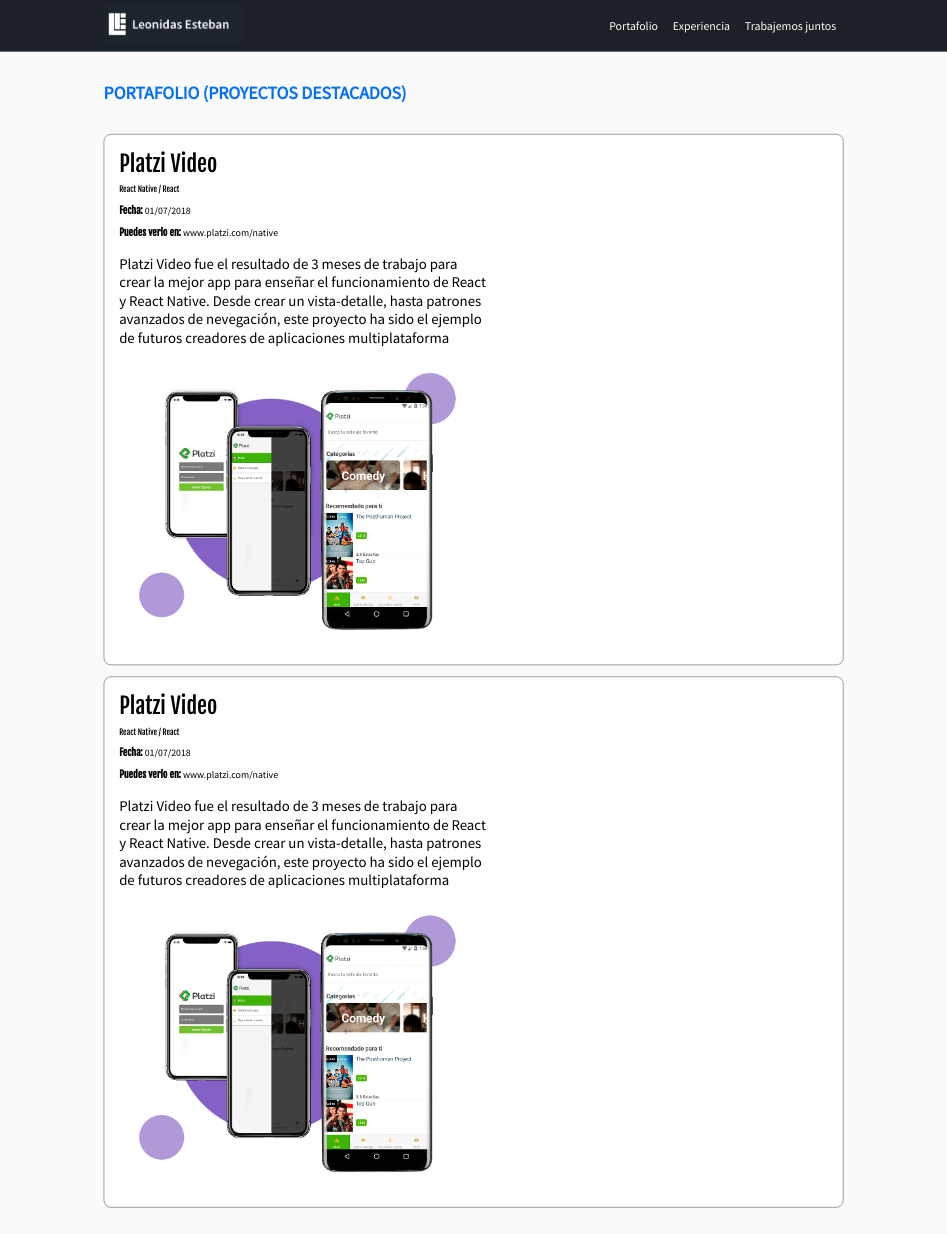
Repository: joseLozanoTamayo/web-desing
Page: desarrollo-web-portafolio/index.html
An editor plug-in stored every save of this project. The page is shown before and after the next save, followed by the edit.
The browser window is 1280 px wide. The pictures show the whole page, at 74% of full size.

Above is the page before, as saved 2019-04-21 22:08:44.

### desarrollo-web-portafolio/index.html
<!DOCTYPE html>
<html lang="es">
  <head>
    <meta name="viewport" content="width=device-width, initial-scale=1" />
    <meta charset="UTF-8" />
    <title>Leonidas Esteban</title>
    <link rel="icon" type="image/png" href="images/favicon.png" />
    <link
      href="https://fonts.googleapis.com/css?family=Fjalla+One|Source+Sans+Pro"
      rel="stylesheet"
    />
    <link rel="stylesheet" href="css/estilos.css" />
  </head>
  <body>
    <header class="header">
      <div class="container">
        <figure class="logo">
          <img
            src="images/logo.png"
            height="50"
            alt="Logo de http://leonidasesteban.com"
          />
        </figure>
        <nav class="menu">
          <ol>
            <li>
              <a class="link" href="#portafolio">Portafolio</a>
            </li>
            <li>
              <a class="link" href="#eventos">Experiencia</a>
            </li>
            <li>
              <a class="link" href="#contacto">Trabajemos juntos</a>
            </li>
          </ol>
        </nav>
      </div>
    </header>
    <!-- <section class="hero">
      <div class="container">
        <h1>
          Hola! Soy <strong>Leonidas Esteban</strong> <br />
          Desarrollador <strong>Javascript</strong> con <br />
          pasión por la <strong>enseñanza</strong>
        </h1>
        <img
          class="hero-image"
          src="images/hero.jpg"
          width="500"
          height="300"
          alt="imagen principal del sitio"
        />
      </div>
    </section> -->
    <section id="portafolio" class="portfolio">
      <div class="container">
        <h2>Portafolio (Proyectos Destacados)</h2>
        <article class="project">
          <div class="project-details">
            <h3 class="project-title">Platzi Video</h3>
            <h6 class="project-course">React Native / React</h6>
            <p class="project-date">
              <small><strong>Fecha:</strong> 01/07/2018</small>
            </p>
            <p class="project-url">
              <small
                ><strong>Puedes verlo en:</strong> www.platzi.com/native</small
              >
            </p>
            <p class="project-description">
              Platzi Video fue el resultado de 3 meses de trabajo para crear la
              mejor app para enseñar el funcionamiento de React y React Native.
              Desde crear un vista-detalle, hasta patrones avanzados de
              nevegación, este proyecto ha sido el ejemplo de futuros creadores
              de aplicaciones multiplataforma
            </p>
          </div>
          <figure class="project-imageContainer">
            <img
              class="project-image"
              width="500"
              src="images/platzi-video-react-native.png"
              alt="prouyecto del curso de React Native"
            />
          </figure>
        </article>
        <article class="project">
          <div class="project-details">
            <h3 class="project-title">Platzi Video</h3>
            <h6 class="project-course">React Native / React</h6>
            <p class="project-date">
              <small><strong>Fecha:</strong> 01/07/2018</small>
            </p>
            <p class="project-url">
              <small
                ><strong>Puedes verlo en:</strong> www.platzi.com/native</small
              >
            </p>
            <p class="project-description">
              Platzi Video fue el resultado de 3 meses de trabajo para crear la
              mejor app para enseñar el funcionamiento de React y React Native.
              Desde crear un vista-detalle, hasta patrones avanzados de
              nevegación, este proyecto ha sido el ejemplo de futuros creadores
              de aplicaciones multiplataforma
            </p>
          </div>
          <figure class="project-imageContainer">
            <img
              class="project-image"
              width="500"
              src="images/platzi-video-react-native.png"
              alt="prouyecto del curso de React Native"
            />
          </figure>
        </article>
      </div>
    </section>
    <!-- <div class="container">
      <h2 class="event-list-title">Más sobre mi experiencia</h2>
    </div>
    <section id="eventos" class="event-list">
      <div class="container">
        <article class="event">
          <figure class="event-imageContainer">
            <img class="event-image" src="images/platzi-conf.jpg" width="500" />
          </figure>
          <div class="event-detail">
            <h3 class="event-title">PlatziConf México 2018</h3>
            <p class="event-description">
              El evento más grande sobre gente que quiere aprender más de
              internet. En esté evento te comparto como tener una vida de
              constante aprendizaje.
            </p>
            <a
              class="event-url"
              href="https://www.youtube.com/watch?v=BIS7cWGgJg0"
              target="_blank"
              >Ver Plática</a
            >
          </div>
        </article>
        <article class="event">
          <figure class="event-imageContainer">
            <img class="event-image" src="images/platzi-conf.jpg" width="500" />
          </figure>
          <div class="event-detail">
            <h3 class="event-title">PlatziConf México 2018</h3>
            <p class="event-description">
              El evento más grande sobre gente que quiere aprender más de
              internet. En esté evento te comparto como tener una vida de
              constante aprendizaje.
            </p>
            <a
              class="event-url"
              href="https://www.youtube.com/watch?v=BIS7cWGgJg0"
              target="_blank"
              >Ver Plática</a
            >
          </div>
        </article>
        <article class="event">
          <figure class="event-imageContainer">
            <img class="event-image" src="images/platzi-conf.jpg" width="500" />
          </figure>
          <div class="event-detail">
            <h3 class="event-title">PlatziConf México 2018</h3>
            <p class="event-description">
              El evento más grande sobre gente que quiere aprender más de
              internet. En esté evento te comparto como tener una vida de
              constante aprendizaje.
            </p>
            <a
              class="event-url"
              href="https://www.youtube.com/watch?v=BIS7cWGgJg0"
              target="_blank"
              >Ver Plática</a
            >
          </div>
        </article>
        <article class="event">
          <figure class="event-imageContainer">
            <img class="event-image" src="images/platzi-conf.jpg" width="500" />
          </figure>
          <div class="event-detail">
            <h3 class="event-title">PlatziConf México 2018</h3>
            <p class="event-description">
              El evento más grande sobre gente que quiere aprender más de
              internet. En esté evento te comparto como tener una vida de
              constante aprendizaje.
            </p>
            <a
              class="event-url"
              href="https://www.youtube.com/watch?v=BIS7cWGgJg0"
              target="_blank"
              >Ver Plática</a
            >
          </div>
        </article>
      </div>
    </section>
    <section id="contacto" class="contact">
      <div class="container">
        <form action="/suscripcion/" class="form-email">
          <h3>¿Creamos algo juntos?</h3>
          <input type="text" placeholder="Déjame tu email" id="email" />
          <button>Enviar</button>
        </form>
        <div class="social">
          <a
            href="https://twitter.com/leonidasesteban"
            class="social-link twitter"
          ></a>
          <a
            href="https://facebook.com/leonidas.esteban"
            class="social-link facebook"
          ></a>
          <a
            href="https://github.com/leonidasesteban"
            class="social-link github"
          ></a>
          <a
            href="https://instagram.com/leonidasesteban"
            class="social-link instagram"
          ></a>
        </div>
      </div>
    </section>
    <footer class="footer">
      <div class="container">
        <div>
          <p>
            Curso de Desarrollo web online 2018
            <img src="images/platzi.png" width="80" alt="platzi" />
          </p>
        </div>
        <div>
          <p>
            Designed with by
            <a href="https://twitter.com/thespianartist">@thespianartist</a>
          </p>
        </div>
      </div>
    </footer> -->
  </body>
</html>

### desarrollo-web-portafolio/css/estilos.css
/* reglas
selectores
declaraciones
propiedades
valores */


/* seletor de etiqueta  header - section - article - nav */
/* header {
  background: pink;
  color: red
} */

/* selector descendente  */
/* body header div nav ol li a  */

/* selector de clase . */

/* .link */

/* selector de id # */
/* #portafolio */



/* gris oscuro = #1d252c */
/* gris claro = #626262 */
/* background gris = #1b2127 */
/* celeste = #026fff */

body {
  font-family: 'Source Sans Pro', sans-serif;
  margin: 0;
}

h1,
h2,
h3,
h4,
h5,
h6{
  font-family: 'Fjalla One', sans-serif;
  font-weight: normal;
  /* font-style: italic; */
}

h1 {
  font-size: 40px;
  line-height: 1.5;
  letter-spacing: -.2px;
  color: white;
  margin: 0;
  /* margin: 100px 150px 70px 30px; */
  /* text-transform: uppercase; */
  /* text-decoration: dashed; */
}
h1 strong {
  color: #026fff;
}
h2 {
  color: #026fff;
  text-transform: uppercase;
  font-family: 'Source Sans Pro', sans-serif;
  font-weight: bold;
  font-size: 24px;
  margin-bottom: 40px;
}

.hero {
  height: 300px;
  /* background-image: url('../images/hero.jpg'); */
  background-color: #1b2127;
  /* background-size: 500px 300px; */
  /* background-repeat: no-repeat; */
  /* background-position-x: right; */
  display: flex;
  align-items: center;
  justify-content: space-between;
  flex-wrap: wrap;
}

.hero-image{
  object-fit: cover;
}


.portfolio {
  background: #fafafa;
  padding: 20px;
  /* background: red; */
}

.project {
  /* border-top: 10px solid red;
  border-right: 10px solid green;
  border-left: 10px solid orange;
  border-bottom: 10px solid pink; */
  /* color: blue; */
  /* border-top-color: red;
  border-top-width: 15px;
  border-top-style: solid; */
  border: 1px solid gray;
  border-radius: 10px;
  /* border-top-left-radius: 50px;
  border-top-right-radius: 10px;
  border-bottom-left-radius: 10px;
  border-bottom-right-radius: 10px; */
  /* margin: 10px; */
  margin-bottom: 15px;
  /* margin-right
  margin-left
  margin-top */
  padding: 20px;
  background: white;
  display: flex;
  align-items: center;
  justify-content: space-between;
  flex-wrap: wrap;
}
.project-course,
.project-date,
.project-url {
  margin: 10px 0;
}
.project-description {
  font-size: 20px;
}
.project strong {
  font-family: 'Fjalla One', sans-serif;
}
/* .project-date {
  margin: 10px 0;
} */

.project-title {
  font-size: 30px;
  margin-top: 0;
  margin-bottom: 10px;
}


.project-details {
  width: 500px;
}

.project-imageContainer {
  width: 500px;
}

.header {
  background-color: #1b2127;
  color: white;
  display: flex;
  height: 70px;
  align-items: center;
  justify-content: space-between;
  flex-wrap: wrap;
}

ol,
ul {
  margin: 0;
  padding: 0;
  list-style: none;
}

figure {
  margin: 0;
}

.header a {
  color: white;
  text-decoration: none;
}
.menu {
  height: inherit;
}
.header ol {
  display: flex;
  height: inherit;
}
.header ol li {
  height: inherit;
}
.header a {
  display: flex;
  align-items: center;
  height: inherit;
  padding: 0 10px;
}

.flexbox {
  display: flex;
  /* flex-wrap: nowrap; */
  flex-wrap: wrap;
  /* flex-direction: column; */
}

.box {
  width: 50px;
  height: 50px;
  margin: 5px;
  border: 1px solid red;

  flex-shrink: 0;
}

.footer {
  color: white;
  background-color: #1b2127;
  display: flex;
  align-items: center;
  justify-content: space-between;
  flex-wrap: wrap;
}

.footer img {
  vertical-align: middle;
}

.footer a {
  color: white;
}

.event-list {
  display: flex;
  flex-wrap: wrap;
}
.event-list-title {
  margin-left: 20px;
}
.event {
  margin: 10px;
  width: 480px;
  flex-shrink: 0;
  border-radius: 10px;
  overflow: hidden;
  background: #f4fbff;
}
.event img {
  width: 480px;
  height: 200px;
  object-fit: cover;
}
.event-detail {
  margin: 20px 40px;
  margin-top: -40px;
  background-color: white;
  position: relative;
  padding: 20px;
  text-align: center;
}
.event-description {
  text-align: left;
}

.event-url {
  color: #056fff;
  border: 1px solid;
  padding: 5px 20px;
  text-decoration: none;
  border-radius: 5px;
}

.contact {
  background-color: #056fff;
  color: white;
  height: 150px;
  display: flex;
  align-items: center;
  justify-content: space-between;
  flex-wrap: wrap;
}

.social {
}

.social-link {
  display: inline-block;
  width: 50px;
  height: 50px;
  margin: 0 10px;
  background-size: 50px 50px;
}

.social-link.twitter {
  background-image: url('../images/twitter.svg');
}
.social-link.facebook {
  background-image: url('../images/facebook.svg');
}
.social-link.github {
  background-image: url('../images/github.svg');
}
.social-link.instagram {
  background-image: url('../images/instagram.svg');
}


.form-email input {
  border-color: gray;
  border-style: solid;
  border-radius: 5px;
  padding: 10px 20px 10px 25px;
  background-image: url('../images/envelope.svg');
  background-size: 15px 15px;
  background-repeat: no-repeat;
  background-position-y: center;
  background-position-x: 5px;
}

.form-email button {
  display: block;
  background: transparent;
  color: white;
  padding: 10px 0;
  border-radius: 5px;
  width: 100px;
  margin-top: 10px;
}

.form-email h3 {
  font-family: 'Source Sans Pro', sans-serif;
}

.container {
  /* border: 1px solid red; */
  max-width: 1000px;
  flex: 1;
  margin: 0 auto;
  display: inherit;
  justify-content: inherit;
  align-items: inherit;
  height: inherit;
  flex-wrap: inherit;
}

/* destop first que empieces desde MQ mas grande*/

@media screen and ( max-width: 1024px){
}

@media screen and (max-width: 767px) {
  .header {
    display: block;
    height: auto;
  }

  .header ol {
    display: block;
  }

  .header ol li {
    height: 50px;
  }

  .header a {
    justify-content: center;
  }
}

@media screen and ( max-width: 480px){
}

@media screen and ( max-width: 320px){
}

After the next save:
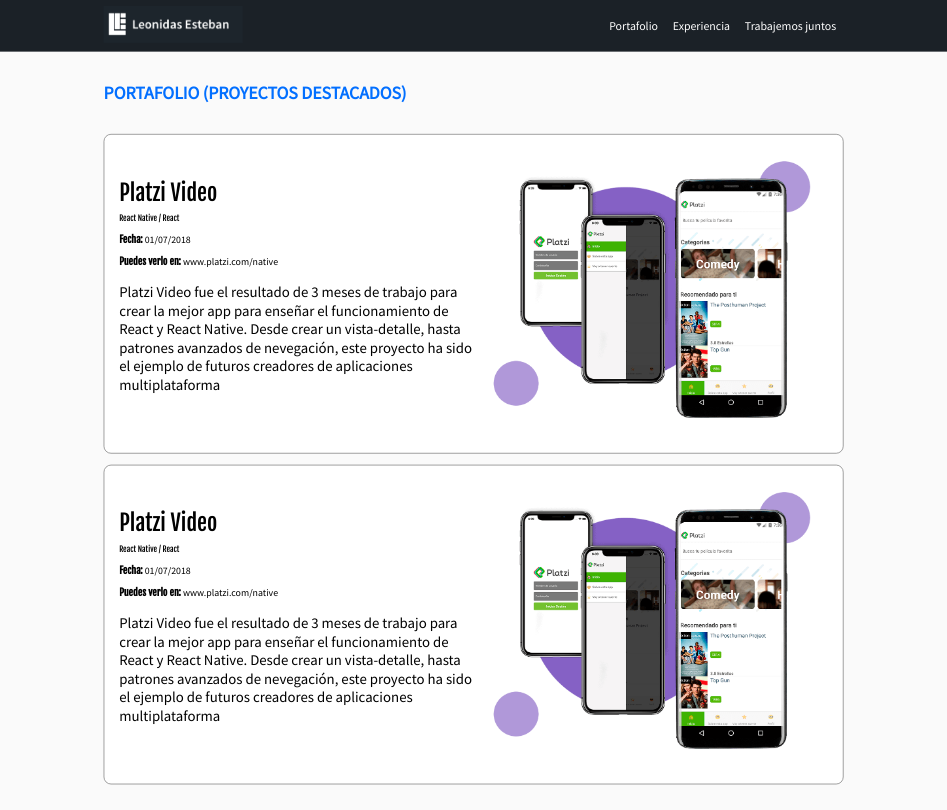
Saved 7 min 9 s later.
--- a/desarrollo-web-portafolio/css/estilos.css
+++ b/desarrollo-web-portafolio/css/estilos.css
@@ -140,11 +140,11 @@
 
 
 .project-details {
-  width: 500px;
+  width: 50%;
 }
 
 .project-imageContainer {
-  width: 500px;
+  width: 50%;
 }
 
 .header {
